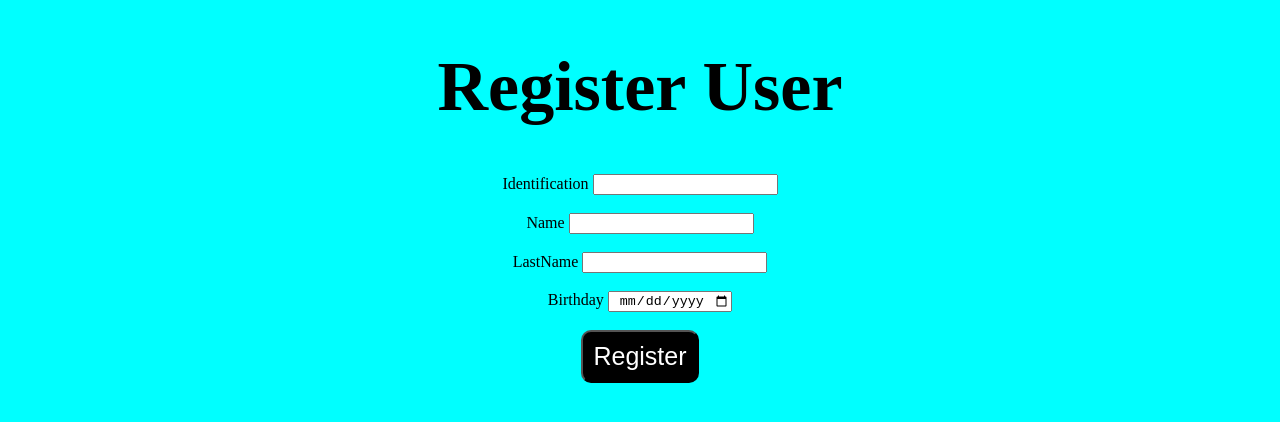
Repository: Grupo6-github/app-cym-repo
Page: TEMPLATE/register.html
The author's editor kept a record of every edit. The page is drawn from the files as they stood at one moment, then again after the next edit.
The browser window is 1280 px wide. The pictures show the whole page.

Above is the page before.

After the next edit:
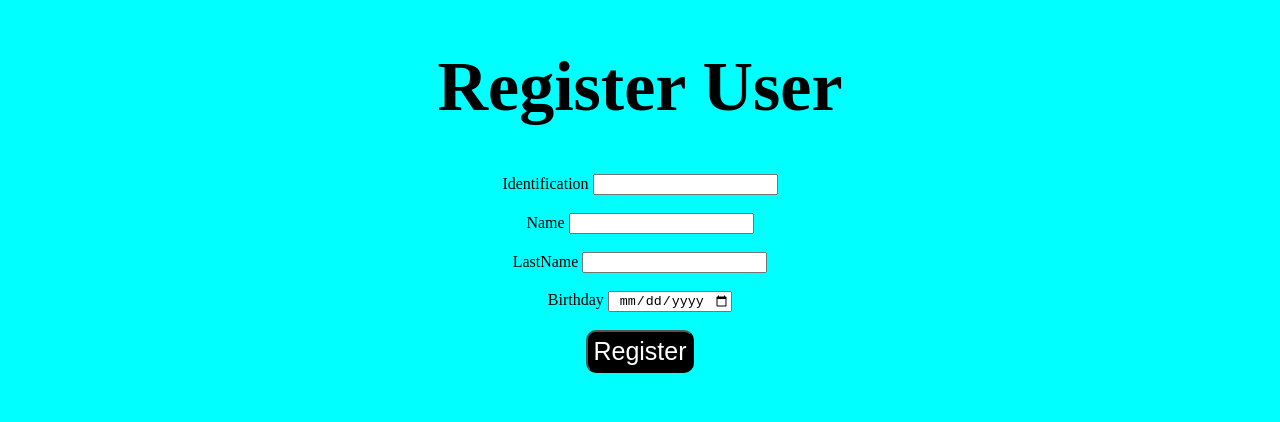
The edit:
--- a/STATIC/css/Styleregister.css
+++ b/STATIC/css/Styleregister.css
@@ -3,7 +3,7 @@
     background-color: black;
     color: white;
     border-radius: 10px;
-    padding: 10px;
+    padding: 5px;
     margin-left: 1%;
     margin-right: 1%;
     }
